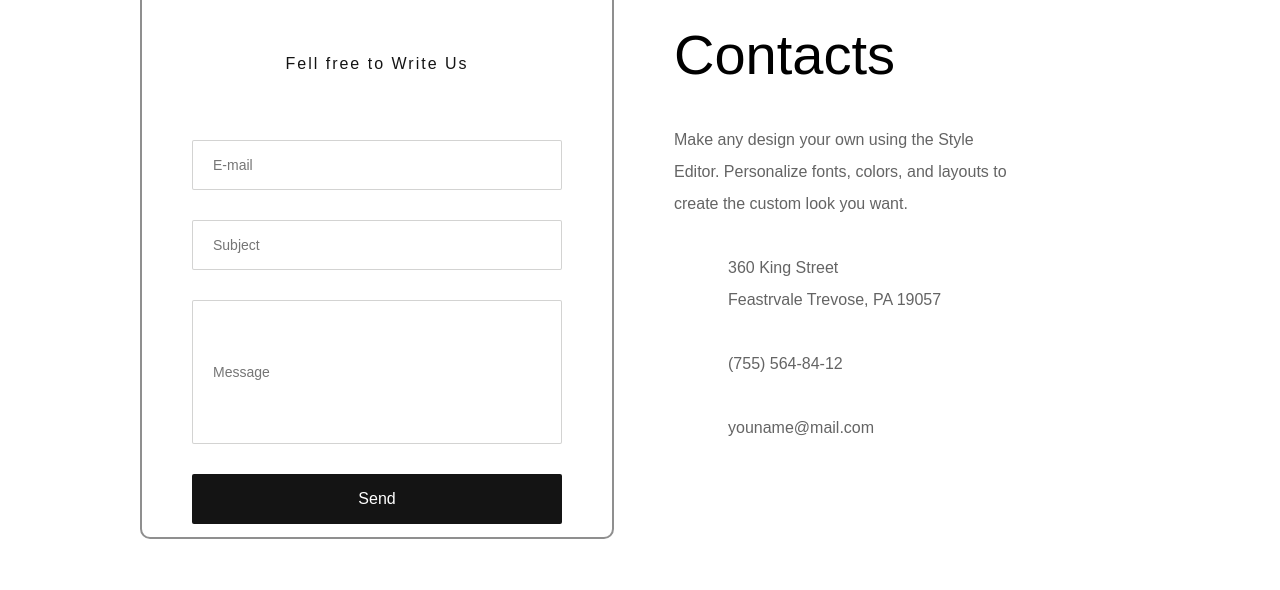
Repository: sogeisetsu/suy-ife
Page: 009-011/index.html
The author's editor kept a copy of each file at every save. The page is drawn from the files as they stood at one save, then again after the next save.
The browser window is 1280 px wide. The pictures show the part of the page from y = 3840 to 4430 px (the page is 4430 px tall).
A picture or video elsewhere on the page could not be fetched, so the positions and the page height are approximate.

Above is the page before, as saved 2019-10-13 03:11:45.

### 009-011/index.html
<!DOCTYPE html>
<html>
    <head>
        <meta name="charset" content="utf-8">
        <meta http-equiv="refresh" content="30">
        <link rel="stylesheet" href="normalize.css" type="text/css">
        <link rel="stylesheet" href="index.css" type="text/css">
    </head>
    <body>
        <div id=head>
            <div class=headback>
                <img src="sucai/head-back.png" alt="头部背景" class="head-image">
                <div class="headbackcolor"></div>
            </div>
            <div class="headfont">
                <h1 class="headfonttittle">Hello World</h1>
                <p class="headfonttext">China is speeding up strategic plan, standards, traffic rules, laws and regulations on  </p>
                <p class="headfonttext">accident-incurred liabilities for its smart car industry, Economic Information Daily </p>
                <p class="headfonttext">reported Thursday.</p>
            </div>
            <div class="headform">
                <h2 class="tittle">Create Your Account</h2>
                <p class="text">It is absolutely free</p>
                <form action="#">
                    <input class="input-field" type="email" name="email" id="email" placeholder="Create your email">
                    <input class="input-field" type="password" name="pws" id="pws" placeholder="Create your password">
                    <input class="sign-up" type="button" value="Sign Up">
                </form>
            </div>
        </div>
        <div id="page2">
            <div class="p2head">
                <p>Boatloads of Awesome</p>
                <h2>Ready-made, customizable, HTML <br>landing page sections</h2>
            </div>
            <div class="p2text">
                <div class="iphone">
                    <img src="sucai/Iphone Icon.png" alt="iphone">
                    <div class="texto">
                    <p class="tittle">Mobile First</p>
                    <p class="text">All modulz are built mobile-first for maximum<br>device compatibil </p>
                    </div>
                </div>
                <div class="check">
                    <img src="sucai/Check Icon.png" alt="check">
                    <div class="texto">
                    <p class="tittle">Accessibility</p>
                    <p class="text">Support for IE8, mobile and tablet devices,<br> screenreaders and color blind</p>
                    </div>
                </div>
                <div class="pencil">
                    <img src="sucai/Pencil Icon.png" alt="pencil">
                    <div class="texto">
                    <p class="tittle">Fluid Typography</p>
                    <p class="text">On different screen sizes, fonts automagically<br> scale with the viewport.</p>
                    </div>
                </div>
                <div class="setting">
                    <img src="sucai/Settings Icon.png" alt="setting">
                    <div class="texto">
                    <p class="tittle">Customization</p>
                    <p class="text">Make any design your own using the Style<br> Editor. Personalize fonts, colors, and layouts to<br> create the custom look you want.</p>
                    </div>
                </div>
            </div>
        </div>
        <div id=page3>
            <div class=page3back>
                <img src="sucai/page3background.png" alt="第三张背景" class="page3-image">
                <!-- <img src="sucai/page3Screen.png" alt="ipad屏幕" class="page3-screen"> -->
                <div class="headbackcolor"></div>
                <img src="sucai/page3Screen.png" alt="ipad屏幕" class="page3-screen">
            </div>
            <div class="page3text">
                <p class="tittle">Supportive policies<br> for China's smart<br> car</p>
                <p class="text">China will come up with its own smart car<br> standards, traffic rules, laws and regulations<br> relating to safety, according to the China<br> Industry Innovation Alliance for the Intelli-<br>gent and Connected Vehicles.</p>
                <input class="CheckoutFeatures" type="button" value="CHECK OUT FEATURES">
                <input class="TryproductforFree" type="button" value="Try product for Free">
            </div>
        </div>
        <div id="page4">
            <h2 class="tittle">Try Our Awesome Products</h2>
            <div class="text">
                <div class="singleton">
                    <img src="sucai/Singleton.png" alt="singleton">
                    <p>Li Jun, a China Academy of Engi-<br>neering academician and also<br> director of the alliance's experts'<br> committee, said that China will<br> also launch design guidance for<br> smart cars, smart map architec-<br>ture and standards for test<br> grounds.</p>
                </div>
                <div class="hero">
                    <img src="sucai/Hero.png" alt="hero">
                    <p>Li said the smart car industry is<br> able to enlarge the current car<br> industry by 1 trillion yuan ($158.15<br> billion) and also able to boost fast<br> development in 5G, internet of<br> cars, big data, artificial intelligence<br> and new-energy vehicles.</p>
                </div>
                <div class="portlaned">
                    <img src="sucai/Portland.png" alt="portland">
                    <p>Zhang Junyi, a partner with NIO<br> Capital, said that the smart car is<br> the trend for the car industry and<br> China's auto sector will usher in a<br> new key development stage with<br> the improvement of infrastructure,<br> technology, policies and laws</p>
                </div>
            </div>
        </div>
        <div id="page5">
            <div class="p5text">
            <div class="tree">
                <img src="sucai/tree.png" alt="树木">
                <div class="tree-text">
                    <h3>Learn How to Improve Your <br>Personal Business</h3>
                    <p>Li Jun, a China Academy of Engineering<br> academician and also director of the<br> alliance's experts' committee, said that<br> China will also launch design guidance<br> for smart cars, smart map architecture<br> and standards for test grounds.</p>
                </div>
            </div>
            <div class="bird">
                <!-- <img src="sucai/bird.png" alt="鸟"> -->
                <div class="bird-text">
                    <h3>Choose Between Two Beautifully<br> Designed Color Schemes.</h3>
                    <p>China will come up with its own smart<br> car standards, traffic rules, laws and reg-<br>ulations relating to safety, according to<br> the China Industry Innovation Alliance<br> for the Intelligent and Connected<br> Vehicles.</p>
                </div>
                <img src="sucai/bird.png" alt="鸟">
            </div>
            </div>
        </div>
        <div id="page6">
            <div class="tittle">
                <h2>Our Awesome Crew</h2>
                <p>Our unique online teaching style makes learning easy for everyone. Whether you<br> are trying to land a new job, brush up on your skills.</p>
            </div>
            <div class="text">
                <div class="one">
                    <img src="sucai/张思远大.png" alt="张思远大.png">
                    <div class="one-des">
                            <h4>Ethan Dutton</h4>
                            <p>Senior Visual Designer</p>
                            <ul class="social-buttons">
                                <li><a href="#" class="icon icon-facebook"></a></li>
                                <li><a href="#" class="icon icon-instagram"></a></li>
                                <li><a href="#" class="icon icon-twitter"></a></li>
                            </ul>
                    </div>
                </div>
                <div class="one">
                    <img src="sucai/ren2.png" alt="ren3">
                    <div class="one-des">
                            <h4>Ethan Dutton</h4>
                            <p>Senior Visual Designer</p>
                            <ul class="social-buttons">
                                <li><a href="#" class="icon icon-facebook"></a></li>
                                <li><a href="#" class="icon icon-instagram"></a></li>
                                <li><a href="#" class="icon icon-twitter"></a></li>
                            </ul>
                    </div>
                </div>
                <div class="one">
                    <img src="sucai/ren3.png" alt="ren3">
                    <div class="one-des">
                            <h4>Ethan Dutton</h4>
                            <p>Senior Visual Designer</p>
                            <ul class="social-buttons">
                                <li><a href="#" class="icon icon-facebook"></a></li>
                                <li><a href="#" class="icon icon-instagram"></a></li>
                                <li><a href="#" class="icon icon-twitter"></a></li>
                            </ul>
                    </div>
                </div>
                <div class="one">
                    <img src="sucai/沈大.png" alt="shenda">
                    <div class="one-des">
                            <h4>Ethan Dutton</h4>
                            <p>Senior Visual Designer</p>
                            <ul class="social-buttons">
                                <li><a href="#" class="icon icon-facebook"></a></li>
                                <li><a href="#" class="icon icon-instagram"></a></li>
                                <li><a href="#" class="icon icon-twitter"></a></li>
                            </ul>
                    </div>
                </div>
            </div>
        </div>
        <div id="page7">
            <div class="page7form">
                <form action="#" class="form">
                <h1>Fell free to Write Us</h1>
                    <input type="email" name="email" class="input-filed" id="email" placeholder="E-mail">
                    <input name="sub" class="input-filed" placeholder="Subject">
                    <input type="text"class="input-fielde" placeholder="Message">
                    <input type="button" class="send" value="Send">
                </form>
            </div>
            <div class="p7text">
                <div class="text">
                    <h1>Contacts</h1>
                    <p>Make any design your own using the Style<br> Editor. Personalize fonts, colors, and layouts to<br> create the custom look you want.</p>
                    <div class="contacts">
                            <div class="contacts-item">
                                <i class="icon icon-map"></i><p>360 King Street<br/>Feastrvale Trevose, PA 19057  </p>
                            </div>
                            <div class="contacts-item">
                                <i class="icon icon-tel"></i><p>(755) 564-84-12</p>
                            </div>
                            <div class="contacts-item">
                                <i class="icon icon-email"></i><p>youname@mail.com</p>
                            </div>
                        </div>
                    </div>
                </div>
            </div>
        </div>
    </body>
</html>

### 009-011/index.css
html,body{
    margin: 0;
    height: 100%;
    width: 100%;
    /* overflow: hidden; */
}
#head,#page2,#page3,#page7{
    width: 100%;
    height: 605px;
    overflow: hidden;
}
#page6{
    width: 100%;
    height: 900px;
    overflow: hidden;
}
#page5{
    width: 100%;
    height: 700px;
    overflow: hidden;
}

#page4{
    width: 100%;
    height: 400px;
    overflow: hidden;
}
.headback{
    position: relative;
    width: 100%;
    height: 100%;
    z-index: -1;
}
.page3back{
    width: 100%;
    height: 100%;
    z-index: -1;
}
.page3-screen{
    position: relative;
    bottom: 1210px;
    height: 70%;
    display: block;
     margin-top: 100px;
     margin-right: 0%;
     float: right;
}
.headbackcolor{
    background-color: rgba(12, 10, 8, 0.61);
    width: 100%;
    height: 100%;
    position: relative;
    bottom: 605px;
}
.head-image,.page3-image{
    height: 100%;
    width: 100%;
    display: block;
}
.headfont{
    position: relative;
    margin: 0;
    bottom: 605px;
    text-align: center;
}
.headfonttittle,.page3text .tittle{
    margin-top: 130px;
    font-size: 3em;
    color: rgb(245, 245, 245);
    font-weight: 300;
}
.headfonttext,.page3text .text{
    font-weight: 300;
    color: rgba(255, 255, 255, 0.568);
}
.headform{
    position: relative;
    bottom: 605px;
    margin: 40px auto;
    border-style: solid ;
    border-width: 2px;
    border-color: rgba(236, 235, 233, 0.445);
    border-radius: 10px;
    box-sizing: border-box;
    width: 850px;
    display: flex;
    flex-direction: column;
    height: 230px;
}
.headform .tittle{
    color: rgba(252, 249, 246, 0.89);
    text-transform: uppercase;
    font-size: 1em;
    text-align: center;
}
.headform .text{
    color: rgba(252, 249, 246, 0.616);
    text-transform: uppercase;
    font-size: 0.3em;
    text-align: center;
    margin-top: 0;
    font-family: Montserrat-Light;
}
.headform form{
    margin: 40px auto;
}
input{
    color: rgb(245, 245, 245);
}
.headform .input-field{
    width: 292px;
    height: 50px;
    padding: 18px 0 18px 22px;
    margin-right: 30px;
    box-sizing: border-box;
	border-radius: 2px;
	border: solid 1px rgba(255, 255, 255, 0.2);
    background: transparent;
}

.headform .sign-up,.page3text .CheckoutFeatures,.page3text .TryproductforFree{
    color: rgb(0, 0, 0);
    background-color: rgb(245, 245, 245);
    text-align: center;
    border: 0;
    height: 40px;
    width: 130px;
    text-transform: uppercase;
    font-size: 0.8em;
    font-weight: bold;
    border-radius: 2px;
    cursor: pointer;
    outline: none;
}
.page3text .CheckoutFeatures{
    width: 170px;
}
.page3text .TryproductforFree{
    background-color: transparent;
    width: 170px;
    border: solid 1px rgba(255, 255, 255, 0.2);
    color: rgba(245, 245, 245, 0.486);
    font-weight: 400;
    position: relative;
    left: 10px;
}
.headform .sign-up:active{
    border: 0;
    border-color: rgb(245, 245, 245);
    outline: none;
}
.p2head{
    text-align: center;
    margin-top: 90px;
}
.p2head p{
    text-transform: uppercase;
    /* letter-spacing: 0.2em; */
    font-weight: 400;
    font-size: 0.8em;
    margin-bottom: 2em;
}
.p2head h2{
    font-weight: 400;
    letter-spacing: 0.1em;
    line-height: 1.2em;

}
.p2text{
    margin-top: 50px;
    display: flex;
    flex-flow: row wrap;
    margin-left: 20%;
}
.iphone,.check,.pencil,.setting{
    flex: 50%;
    margin-bottom: 60px;
    margin-top: 40px;
    /* overflow: hidden; */
}
.iphone img,.iphone .texto,.check .texto,.check img,.pencil .texto,.pencil img,.setting img,.setting .texto{
    float: left;
}
.iphone .texto,.check .texto,.pencil .texto,.setting .texto{
    position: relative;
    left: 20px;
    bottom: 20px;
    margin: 0;
}
.texto .tittle{
    font-weight: bold;
}
.texto .text{
    font-size: 0.7em;
    color: rgba(0, 0, 0, 0.521);
}
.page3text{
    width: 70%;
    left: 15%;
    bottom: 605px;
    position: relative;
}
.page3text .tittle{
    font-size: 2em;;
}
.page3text .text{
    line-height: 1.5em;
}
#page4 .tittle{
    text-align: center;
    font-weight: 400;
}
#page4 .text{
    display: flex;
    flex-flow: row;
    text-align: center;
    align-items: center;
    justify-content: space-around;
    margin-top: 50px;
    margin-left: 10%;
    margin-right: 10%;
}
.portlaned p,.singleton p,.hero p{
    font-weight: 300;
    line-height: 1.5em;
}
.hero,.portlaned{
    position: relative;
    bottom: 13px;
}
#page5 .tree,#page5 .bird{
    display: flex;
    /* width: 2000px; */
    box-sizing: border-box;
    width: 100%;
    align-items: center;
    justify-content: space-around;
    /* margin-top: 50px;
    margin-left: 10%; */
    position: relative;
    /* bottom: 605px; */
}
#page5 .bird{
    margin-top: 40px;
}
.tree .tree-text{
    position: relative;
    right: 60px;
}
 .bird .bird-text{
     position: relative;
     left: 60px;
 }
.tree .tree-text p,.bird .bird-text p,.tree .tree-text h3,.bird .bird-text h3{
    line-height: 1.5em;
}
.tree .tree-text p,.bird .bird-text p{
    font-weight: 300;
}
/* .tree .tree-text{
    left: 200px;
} */
.p5text{
    margin-left: 5%;
    margin-right: 5%;
}
#page5 img{
    height: auto;
    width: 510px;
}
#page6 .tittle{
    text-align: center;
    margin-bottom: 50px;
}
#page6 .tittle p{
    line-height: 1.5em;
    font-weight: 300;
}
#page6 .text{
    width: 970px;
    margin: 0 auto;
    display: flex;
    flex-wrap: wrap;
    justify-content: space-between;
}
.one{
    width: 470px;
    height: 340px;
    margin-bottom: 30px;
    /* margin-top: px; */
    position: relative;
    box-shadow: 1px 1px 21px 0px rgba(20, 20, 20, 0.1);
	background-color: #b8b8b8;
    border-radius: 2px;
    overflow: hidden;
}
/* .one img,.two img,.there img,.four img{
    height: 200px;
    width: auto;
} */
 .one .one-des{
     background-color: #140b0b69;
     color: aliceblue;
     width: 470px;
     height: 340px;
     position: absolute;
     left: 0;
     top: 340px;
     transition: all 0.5s;
     padding-top: 40px;
 }
 .one:hover .one-des{
     top: 0px;
 }
 .social-buttons{
    width: 213px;
    list-style-type: none;
    margin: 40px auto;
    padding: 0;
    display: flex;
    justify-content: space-between;
}
.icon{
    display: block;
    width: 54px;
    height: 54px;
    background-position: 50% 50%;
    background-repeat: no-repeat;
}
.icon-facebook{
    background-image: url(sucai/Facebook.png);
}
.icon-instagram{
    background-image: url(sucai/Instagram.png);
}
.icon-twitter{
    background-image: url(sucai/Twitter.png);
}
.one-des h4{
    text-align: center;
}
.one-des p{
    text-align: center;
    font-size: 0.7em;
    color: rgba(240, 248, 255, 0.705);
}
#page7{
    width: 1000px;
    margin-left: auto;
    margin-right: auto;
    display: flex;
    margin-top: 10px;
}
.page7form form{
    border: solid 2px rgba(20, 20, 20, 0.473);
    width: 470px;
    height:550px;
    /* text-align: center; */
    display: flex;
    flex-direction: column;
    align-items: center;
    border-radius: 10px;
}
.page7form form h1{
    padding: 50px 0;
    font-size: 16px;
	font-weight: inherit;
	line-height: 32px;
	letter-spacing: 2px;
	color: #141414;
}
.page7form form .input-filed{
    box-sizing: border-box;
    padding: 20px;
    margin-bottom: 30px;
    width: 370px;
    height: 50px;
    font-size: 14px;
    color: rgba(20, 20, 20, 0.7);
	border-radius: 2px;
	border: solid 1px rgba(38, 35, 33, 0.2);
}
.page7form form .input-fielde{
    box-sizing: border-box;
    padding: 20px;
    margin-bottom: 30px;
    width: 370px;
    height: 144px;
    font-size: 14px;
    color: rgba(20, 20, 20, 0.7);
    outline: none;
	border-radius: 2px;
	border: solid 1px rgba(38, 35, 33, 0.2);
    resize: none;
}
.page7form form .send{
    width: 370px;
	height: 50px;
    background-color: #141414;
    border: none;
    border-radius: 2px;
    color: #fff;
    cursor: pointer;
    outline: none;
}
.p7text{
    margin-left: 60px;
}
.p7text .text h1{
    font-size: 3.5em;
    font-weight: 300;
}
.p7text .text p{
    color: rgba(14, 14, 14, 0.644);
    line-height: 2em;
    /* font-size: 2em; */
}
/* .p7text .text .ul{
    margin-top: 60px;
    font-weight: 500;
    line-height: 2em;
    list-style-position: outside;
    list-style-type: none;
}
.p7text .text .ul p{
    margin-bottom: 20px;
    font-size: 1.4em;
} */
.contacts-item {
    display: flex;
}

Loaded but not shown: 009-011/normalize.css (library)

After the next save:
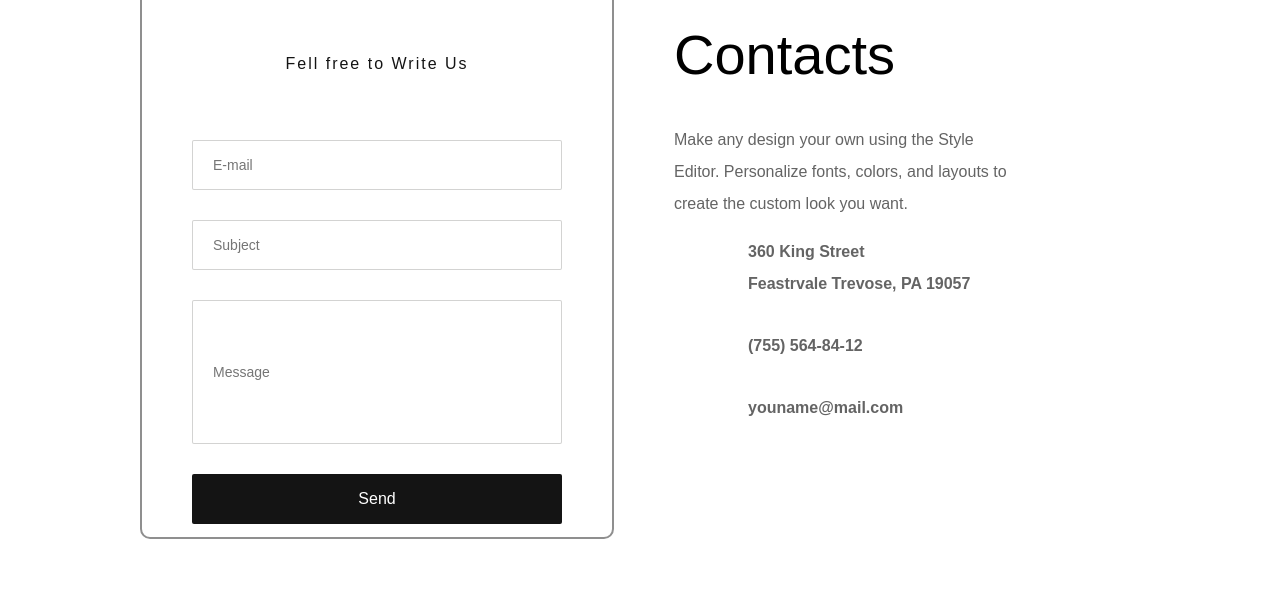
Saved 19 s later.
--- a/009-011/index.css
+++ b/009-011/index.css
@@ -429,3 +429,13 @@ input{
 .contacts-item {
     display: flex;
 }
+.contacts p{
+    margin: 0;
+    margin-bottom: 30px;
+    padding-left: 20px;
+	font-size: 16px;
+	font-weight: bolder;
+	line-height: 26px;
+	letter-spacing: 0px;
+	color: #141414;
+}
